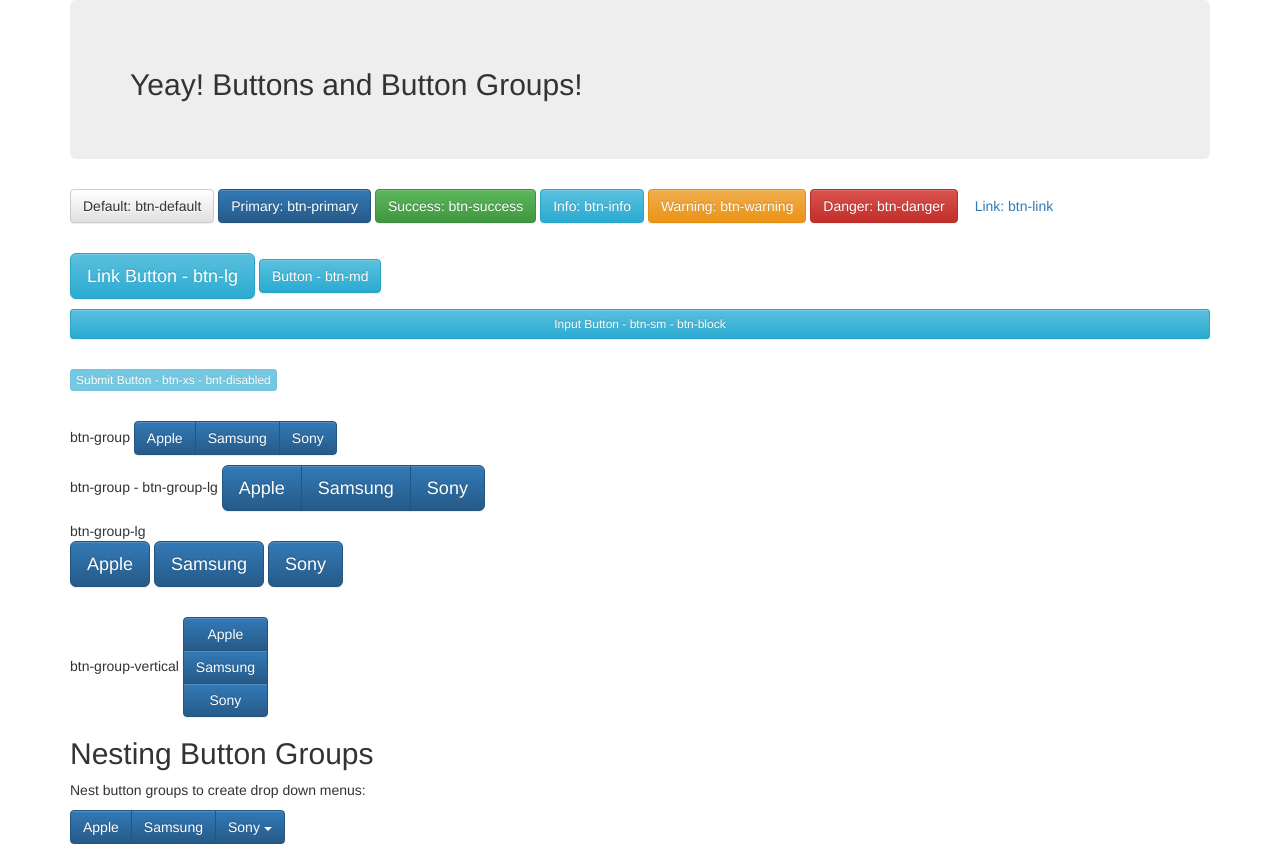
Repository: jksfoTemp/html-css-js
Page: -HTML5/bootstrap/buttons.html
The author's editor kept a record of every edit. The page is drawn from the files as they stood at one moment, then again after the next edit.
The browser window is 1280 px wide. The pictures show the whole page.
Some web libraries are served in a nearby version.

Above is the page before.

After the next edit:
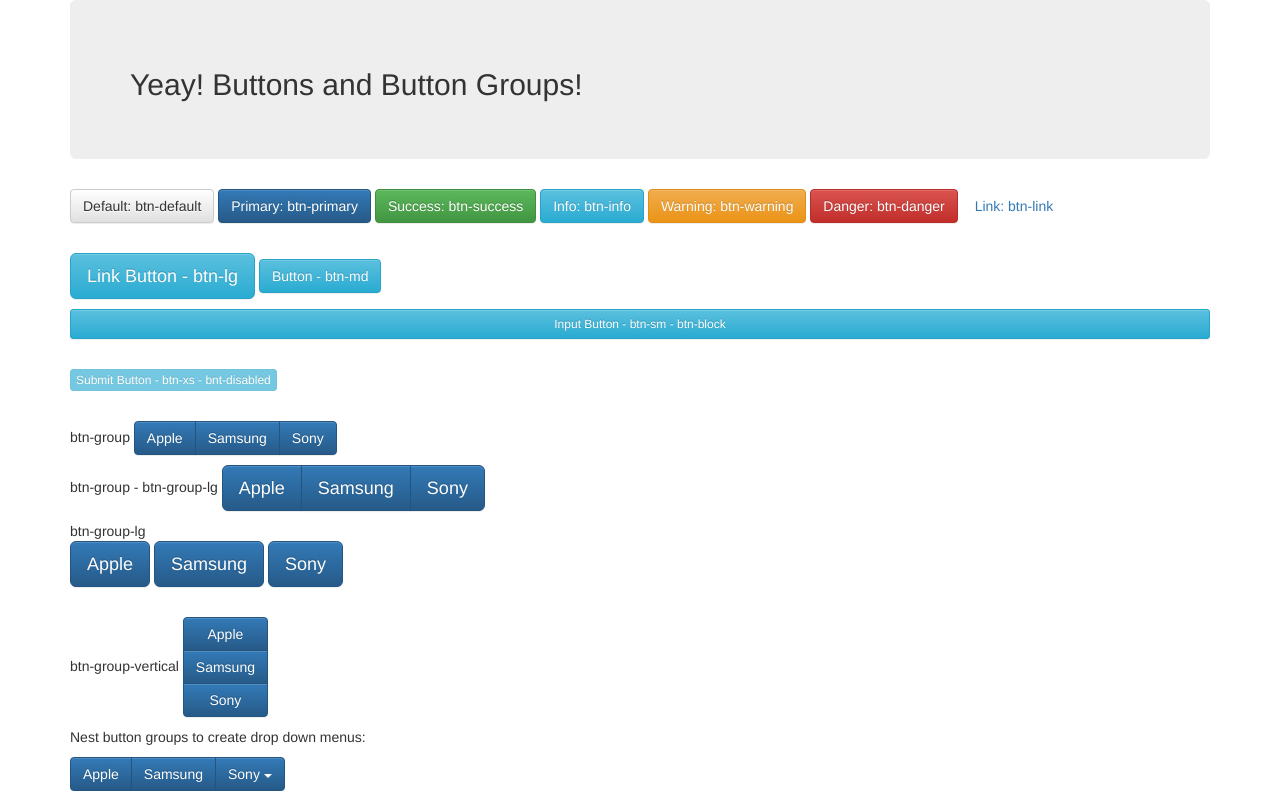
The edit:
--- a/-HTML5/bootstrap/buttons.html
+++ b/-HTML5/bootstrap/buttons.html
@@ -82,7 +82,6 @@
     </div>
     &nbsp;
     <p></p>
-    <h2>Nesting Button Groups</h2>
     <p>Nest button groups to create drop down menus:</p>
     <div class="btn-group">
         <button type="button" class="btn btn-primary">Apple</button>
